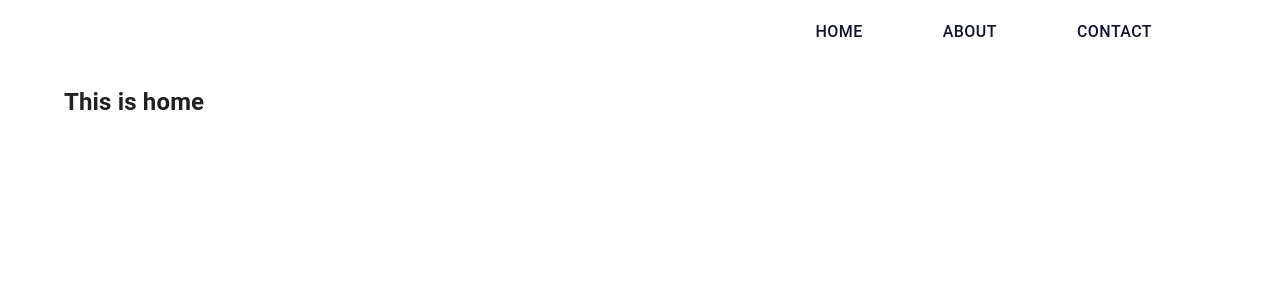
Repository: Wahid137/explore-mui
Page: /
These files come from the project's save history. The page is drawn as it stood at one moment and after the next save; the edit follows.
The browser window is 1280 px wide. The pictures show the whole page.
The project was rebuilt for these pictures with package versions that can differ from the ones it lists, and the page was loaded fresh each time. Also part of the build but not shown: src/App.css.

Above is the page before, as saved 2023-04-19 17:52:42.

### src/App.js
import './App.css';
import { RouterProvider, createBrowserRouter } from 'react-router-dom';
import { ThemeProvider, CssBaseline } from '@mui/material'
import { theme } from './theme/theme';
import Home from './Pages/Home/Home';
import Layout from './Components/Layout/Layout';
const router = createBrowserRouter([
  {
    element: <Layout></Layout>,
    path: '/',
    children: [
      {
        element: <Home />,
        path: '/',
      },
    ],
  },
]);

function App() {
  return (
    <ThemeProvider theme={theme}>
      <RouterProvider router={router}>
        <CssBaseline />
      </RouterProvider>
    </ThemeProvider>

  );
}

export default App;

### src/theme/theme.js
import { createTheme } from '@mui/material';

export const theme = createTheme({
    palette: {
        primary: {
            main: '#111430',
            yellow: '#FBD062',
            green: '#7AB259',
        },
    },
    components: {
        MuiContainer: {
            defaultProps: {
                maxWidth: 'lg', // 1200
            },
        },
        MuiButton: {
            styleOverrides: {
                root: {
                    fontSize: '1rem',
                    padding: '0.6rem 2.5rem',
                },
            },
            defaultProps: {
                variant: 'contained',
                color: 'primary',
                // disableRipple: true,
            },
        },
    },
});

### src/Components/Layout/Layout.js
import { Box, Container } from '@mui/material';
import React from 'react';
import { Outlet } from 'react-router-dom';
import Header from '../Header/Header';


const Layout = () => {
    return (
        <Box>
            <Container>
                <Header></Header>
                <Outlet />
            </Container>
        </Box>
    );
};

export default Layout;

### src/Components/Header/Header.js
import * as React from 'react';
import AppBar from '@mui/material/AppBar';
import Box from '@mui/material/Box';
import CssBaseline from '@mui/material/CssBaseline';
import Divider from '@mui/material/Divider';
import Drawer from '@mui/material/Drawer';
import IconButton from '@mui/material/IconButton';
import List from '@mui/material/List';
import ListItem from '@mui/material/ListItem';
import ListItemButton from '@mui/material/ListItemButton';
import ListItemText from '@mui/material/ListItemText';
import MenuIcon from '@mui/icons-material/Menu';
import Toolbar from '@mui/material/Toolbar';
import Typography from '@mui/material/Typography';
import Button from '@mui/material/Button';
import { Container } from '@mui/material';



const drawerWidth = 240;
const navItems = ['Home', 'About', 'Contact'];

export default function Header(props) {
    const { window } = props;
    const [mobileOpen, setMobileOpen] = React.useState(false);

    const handleDrawerToggle = () => {
        setMobileOpen((prevState) => !prevState);
    };

    const drawer = (
        <Box onClick={handleDrawerToggle} sx={{ textAlign: 'center' }}>
            <Typography variant="h6" sx={{ my: 2 }}>
                MUI
            </Typography>
            <Divider />
            <List>
                {navItems.map((item) => (
                    <ListItem key={item} disablePadding>
                        <ListItemButton sx={{ textAlign: 'center' }}>
                            <ListItemText primary={item} />
                        </ListItemButton>
                    </ListItem>
                ))}
            </List>
        </Box>
    );

    const container = window !== undefined ? () => window().document.body : undefined;

    return (
        <Box sx={{ display: 'flex' }}>
            <CssBaseline />
            <AppBar component="nav" sx={{
                backgroundColor: 'transparent',
                boxShadow: 'none'
            }}>
                <Container>
                    <Toolbar>
                        <IconButton
                            color="inherit"
                            aria-label="open drawer"
                            edge="start"
                            onClick={handleDrawerToggle}
                            sx={{ mr: 2, display: { sm: 'none' } }}
                        >
                            <MenuIcon />
                        </IconButton>
                        <Typography
                            variant="h6"
                            component="div"
                            sx={{ flexGrow: 1, display: { xs: 'none', sm: 'block' } }}
                        >
                            MUI
                        </Typography>
                        <Box sx={{ display: { xs: 'none', sm: 'block' } }}>
                            {navItems.map((item) => (
                                <Button key={item} sx={{ color: 'primary.main' }} variant='text'>
                                    {item}
                                </Button>
                            ))}
                        </Box>
                    </Toolbar>
                </Container>
            </AppBar>
            <Box component="nav">
                <Drawer
                    container={container}
                    variant="temporary"
                    open={mobileOpen}
                    onClose={handleDrawerToggle}
                    ModalProps={{
                        keepMounted: true, // Better open performance on mobile.
                    }}
                    sx={{
                        display: { xs: 'block', sm: 'none' },
                        '& .MuiDrawer-paper': { boxSizing: 'border-box', width: drawerWidth },
                    }}
                >
                    {drawer}
                </Drawer>
            </Box>
            <Box component="main">
                <Toolbar />
            </Box>
        </Box>
    );
}

Loaded but not shown: public/index.html (common file); src/index.js (common file); src/index.css (common file); src/reportWebVitals.js (common file); src/Pages/Home/Home.js (common file)

After the next save:
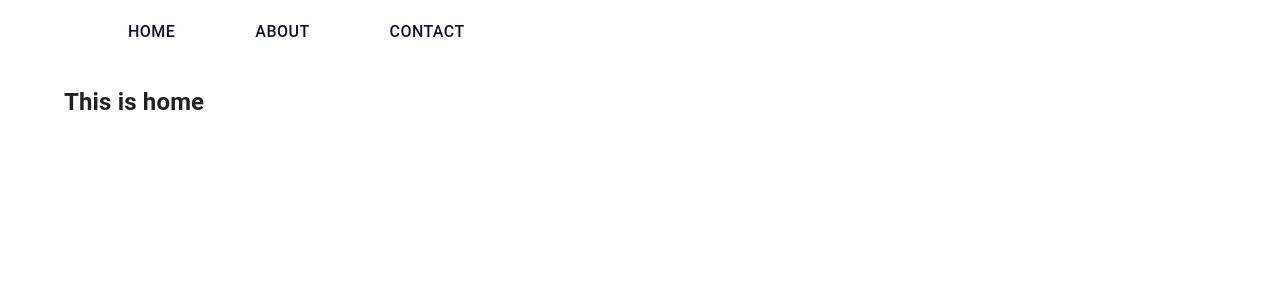
Saved 36 s later.
--- a/src/Components/Header/Header.js
+++ b/src/Components/Header/Header.js
@@ -66,13 +66,16 @@ export default function Header(props) {
                         >
                             <MenuIcon />
                         </IconButton>
-                        <Typography
+                        {/*   <Typography
                             variant="h6"
                             component="div"
                             sx={{ flexGrow: 1, display: { xs: 'none', sm: 'block' } }}
                         >
                             MUI
-                        </Typography>
+                        </Typography> */}
+                        <Box>
+
+                        </Box>
                         <Box sx={{ display: { xs: 'none', sm: 'block' } }}>
                             {navItems.map((item) => (
                                 <Button key={item} sx={{ color: 'primary.main' }} variant='text'>
